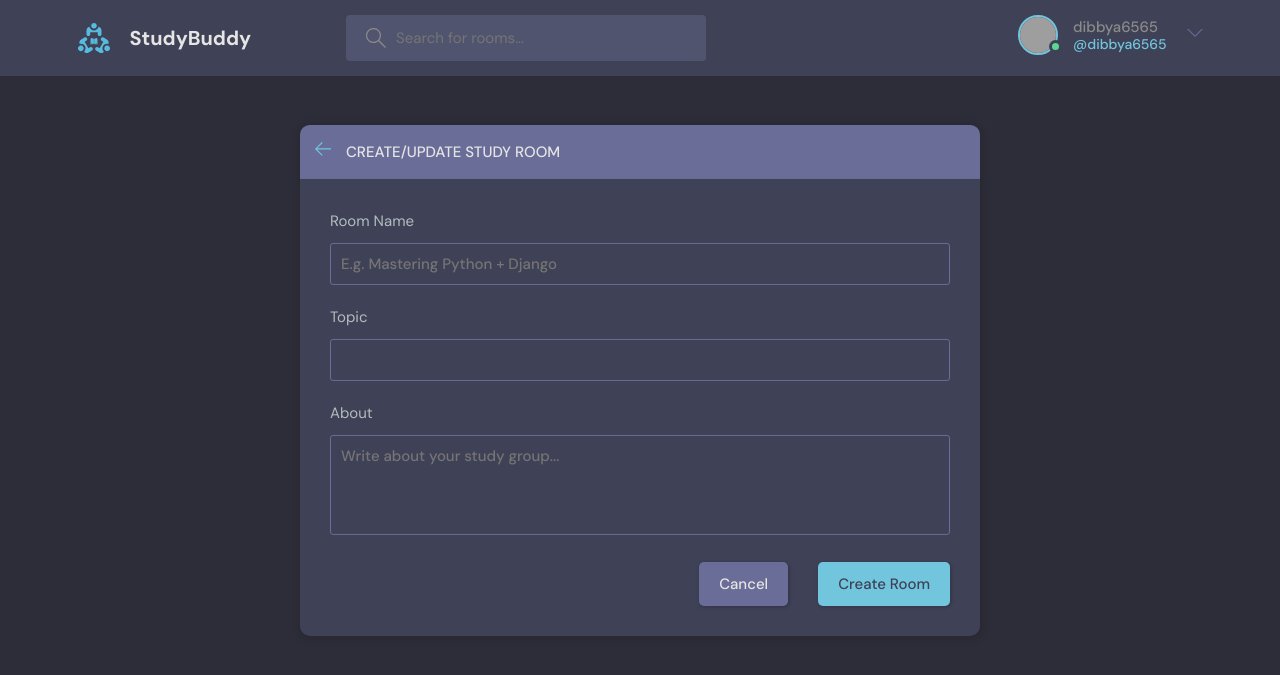
Repository: Dibbya65/Django-Basic
Page: http://localhost/create/room/
The author's editor kept a copy of each file at every save. The page is drawn from the files as they stood at one save, then again after the next save.
The browser window is 1280 px wide. The pictures show the whole page.
Pictures or frames that could not be fetched are drawn as grey boxes. The page is served by the project's application, run on Django 3.2 (manage.py). The first stored user is signed in. The page reads the database file committed with the project.

Above is the page before, as saved 2021-11-19 23:44:00.

After the next save:
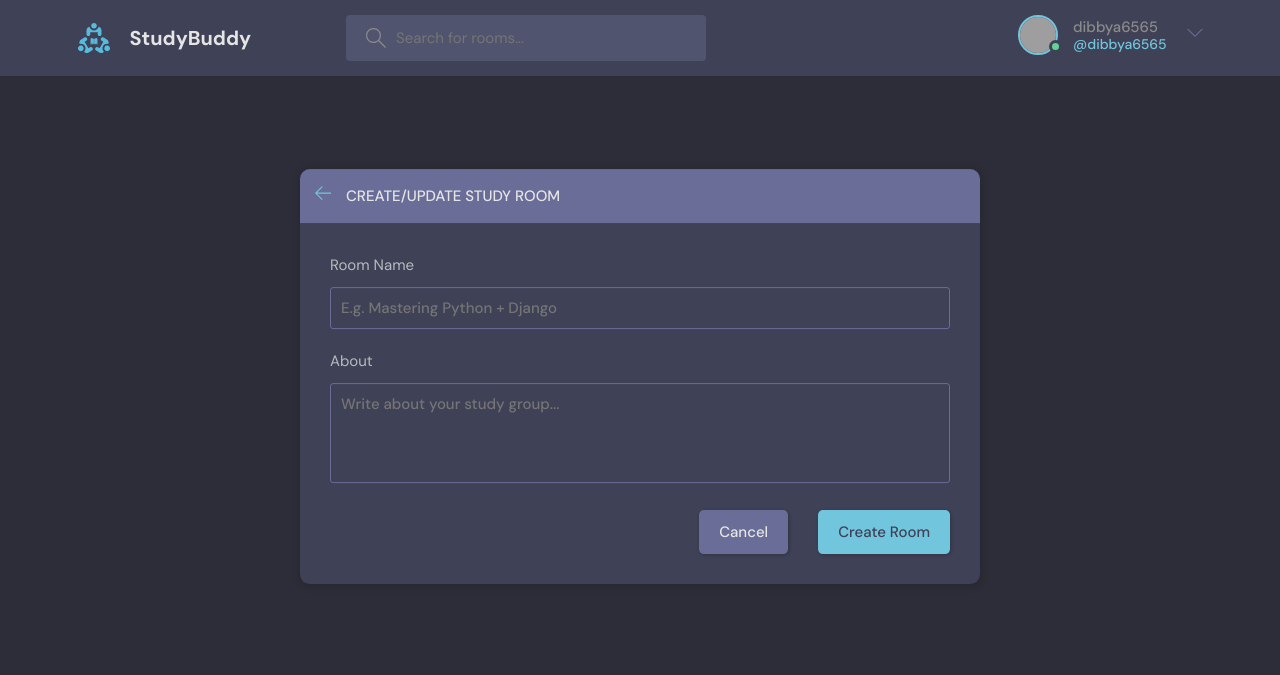
Saved 17 s later.
--- a/base/templates/base/room_form.html
+++ b/base/templates/base/room_form.html
@@ -35,7 +35,7 @@
                             placeholder="E.g. Mastering Python + Django" />
                     </div>
 
-                    <div class="form__group">
+                    <!-- <div class="form__group">
                         <label for="room_topic">Topic</label>
                         <input required type="text" name="topic" id="room_topic" list="topic-list" />
                         <datalist id="topic-list">
@@ -46,7 +46,7 @@
                             </select>
                         </datalist>
 
-                    </div>
+                    </div> -->
 
 
                     <div class="form__group">
